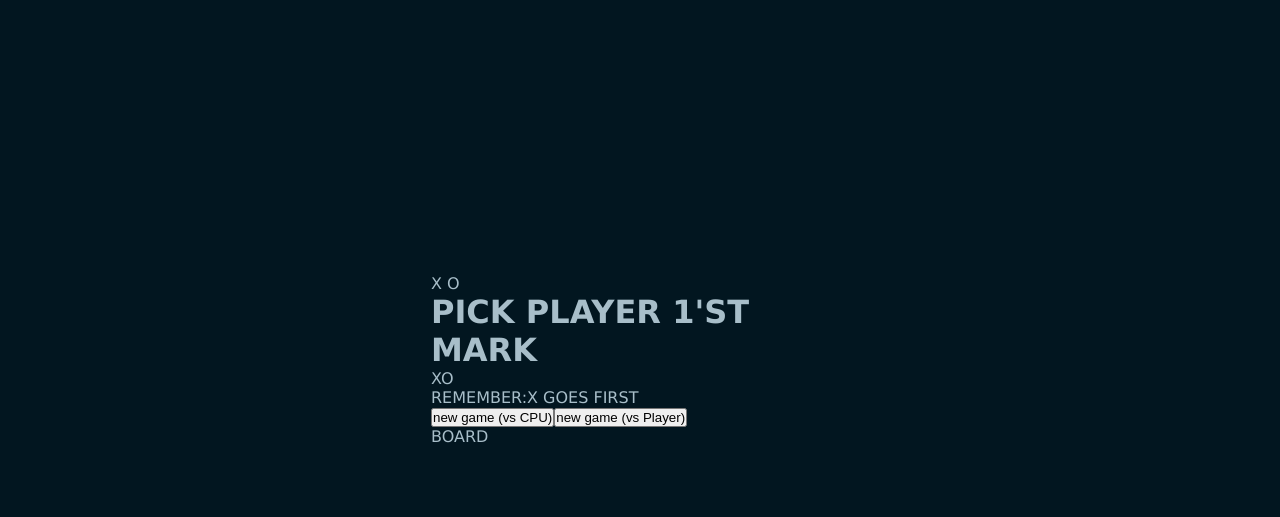
Repository: SD-Mdouka/XO_GAME
Page: /
These files come from the project's save history. The page is drawn as it stood at one moment and after the next save; the edit follows.
The browser window is 1280 px wide. The pictures show the whole page.
The project was rebuilt for these pictures with package versions that can differ from the ones it lists, and the page was loaded fresh each time.

Above is the page before, as saved 2022-08-29 14:19:49.

### src/index.css
* {
    padding: 0;
    margin: 0;
    box-sizing: border-box;
}

:root {
    --color-bg-dark: #192a33;
    --color-bg-light: #1f3640;
    --color-gray: #a8bec9;
    --color-gray-dark: #7a8991;
    --color-yellow: #f2b238;
    --color-yellow-dark: #cd8d16;
    --color-blue: #30c4be;
    --color-blue-dark: #128c89;
}

html {
    font-family: "Lucida Sans", "Lucida Sans Regular", "Lucida Grande", "Lucida Sans Unicode", Geneva, Verdana, sans-serif;
    text-transform: uppercase;
    font-size: 16px;
}

body {
    background-color: var(--color-bg-dark);
    color: var(--color-gray);
}

.App {
    background-color: #021620;
    min-height: 100vh;
    display: flex;
    align-items: center;
    justify-content: center;
}

.container {
    max-width: 450px;
    width: 100%;
    margin-inline: auto;
    padding: 2rem 1rem;
}


/* Sarte */

.Start {
    display: flex;
    flex-direction: column;
    gap: 25px;
}

### src/App.js
import Board from "./component/board/Board";
import Start from "./component/start/Start";

function App() {
  return (
    <div className="App">
      <div className="container">
        <Start />
        <Board />
      </div>
    </div>
  );
}

export default App;

### src/component/start/Start.js
import React from "react";

const Start = () => {
  return (
    <div className="start">
      <div className="start__header">x o</div>
      <div className="card shadow-gray">
        <h1 className="text-lg">Pick Player 1'st mark</h1>
        <div className="start__players">
          <span className="start__players--active">x</span>
          <span>o</span>
        </div>
        <p className="text-light">remember:x goes first</p>
      </div>
      <div className="Start__btns">
        <button className="btn btn-yellow">new game (vs CPU)</button>
        <button className="btn btn-blue">new game (vs Player)</button>
      </div>
    </div>
  );
};

export default Start;

Loaded but not shown: public/index.html (common file); src/index.js (common file); src/component/board/Board.js (common file)

After the next save:
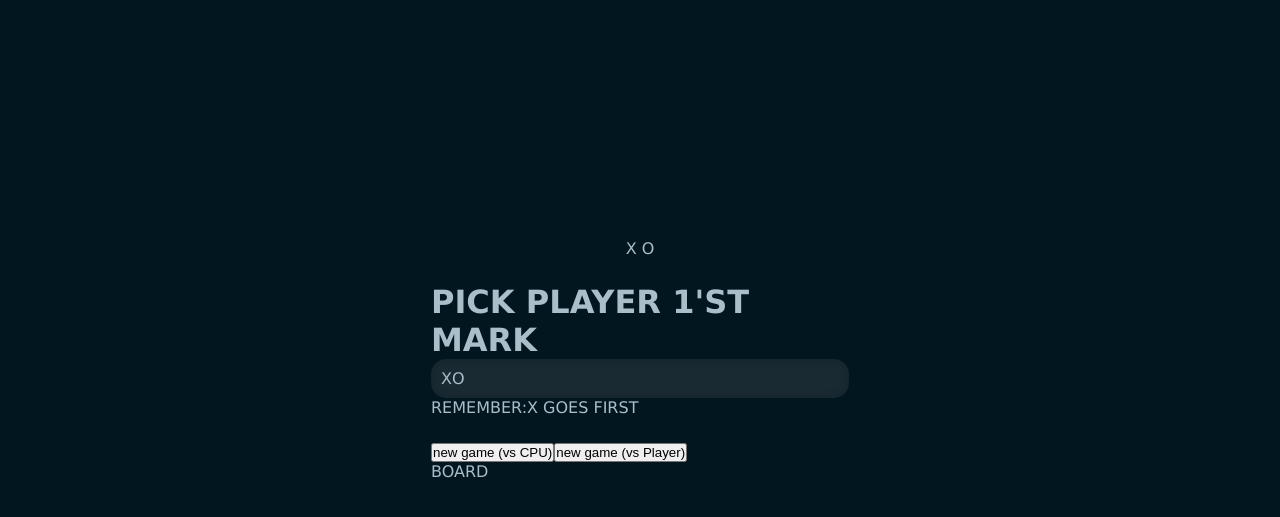
Saved 2 min 55 s later.
--- a/src/index.css
+++ b/src/index.css
@@ -44,8 +44,27 @@ body {
 
 /* Sarte */
 
-.Start {
+.start {
     display: flex;
     flex-direction: column;
     gap: 25px;
 }
+
+.start__header {
+    display: flex;
+    align-items: center;
+    justify-content: center;
+}
+
+.start__players {
+    background-color: var(--color-bg-dark);
+    padding: 10px;
+    border-radius: 15px;
+    -webkit-border-radius: 15px;
+    -moz-border-radius: 15px;
+    -ms-border-radius: 15px;
+    -o-border-radius: 15px;
+    display: flex;
+    align-items: center;
+    box-shadow: inset 0 0 8px rgba(0, 0, 0, 0.2);
+}
